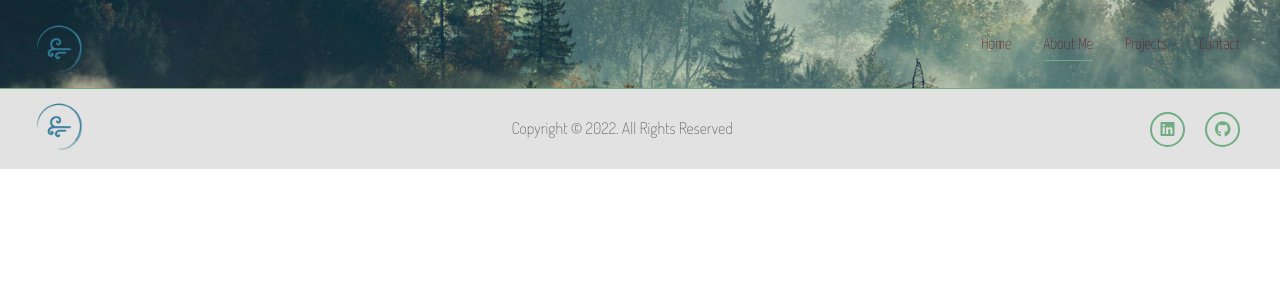
Repository: TrellixVulnTeam/pre-work_928R
Page: deploy/about.html
These files come from the project's save history. The page is drawn as it stood at one moment and after the next save; the edit follows.
The browser window is 1280 px wide. The pictures show the whole page.
Some web libraries are served in a nearby version. The style sheet was rebuilt from its Sass, Less or Tailwind sources for each picture, by a compiler version that may differ from the author's.

Above is the page before, as saved 2022-04-20 12:20:50.

### deploy/about.html
<!DOCTYPE html>
<html lang="en">
  <head>
    <meta charset="UTF-8" />
    <meta http-equiv="X-UA-Compatible" content="IE=edge" />
    <meta name="viewport" content="width=device-width, initial-scale=1.0, minimum-scale=1, maximum-scale=1" />
    <title>About Me</title>
    <link rel="stylesheet" href="css/main.css" />
    <!-- Font Awesome -->
    <script src="https://kit.fontawesome.com/5331b7bb54.js" crossorigin="anonymous"></script>

    <!--
        Free Icons:
        <a href="https://www.flaticon.com/free-icons/brain" title="brain icons">Brain icons created by Smashicons - Flaticon</a>
    -->

    <!-- Google Fonts -->
    <style>
      @import url("https://fonts.googleapis.com/css2?family=Catamaran:wght@100;200&family=Dosis:wght@200&family=Yanone+Kaffeesatz:wght@200&display=swap");
    </style>
  </head>

  <!-- Main -->
  <body>
    <header id="header-inner">
      <div class="container">
        <nav id="main-nav">
          <img src="img/logo_watermark.png" alt="logo image" id="logo" />
          <ul>
            <li><a href="index.html">Home</a></li>
            <li><a href="about.html" class="current">About Me</a></li>
            <li><a href="projects.html">Projects</a></li>
            <li><a href="contact.html">Contact</a></li>
          </ul>
        </nav>
      </div>
    </header>
    <!-- About Me -->

    <!-- Info -->

    <!-- Certifications Section TBD -->

    <!-- Footer -->
    <footer id="main-footer">
      <div class="footer-content container">
        <img src="img/logo_watermark.png" alt="logo image" id="logo" />
        <p>Copyright &copy; 2022. All Rights Reserved</p>
        <div class="social"><i class="fab fa-linkedin"></i> <i class="fab fa-github"></i></div>
      </div>
    </footer>
  </body>
</html>

### scss/main.scss
@import 'config';

// General Stylings
* {
    margin: 0;
    padding: 0;
}

body {
    line-height: 1.6;
}

a, li {
    text-decoration: none;
    color: $mainText;
    font-family: 'Yanone Kaffeesatz', sans-serif;
}

h1 {
    color: $mainText;
    font-size: xx-large;
    font-family: 'Catamaran', sans-serif;
}

h2 {
    color: $mainText;
    font-size: larger;
    font-family: 'Catamaran', sans-serif;
}

h3 {
    color: $tertiaryText;
    font-size: medium;
    font-family: 'Catamaran',
    sans-serif;
}

p {
    color: $secondaryText;
    font-size: medium;
    font-family: 'Dosis', sans-serif;
}

img {
    width: 100%;
}

// Buttons
%btn-shared {
    display: inline-block;
    padding: 0.5rem .5rem;
    transition: all 0.5s;
    border: none;
    cursor: pointer;
}

.btn {
    &-main {
        @extend %btn-shared;
        color: $mainText;
        background-color: transparent;
        border-radius: 50%;
        border: 1px $mainText solid;
    }
}

button[class^='btn-']:hover,
a[class^='btn-']:hover {
    background-color: $styleText;
}

// Responsive queries

// Mobile Devices
@media (max-width: 600px) {
    #header-home {
        height: 15rem;

        .header-content {
            padding-top: 5rem;
        }
    }
}

// Smart phones
@media (max-width: 800px) {
    #main-nav {
        flex-direction: column;
        align-items: center;

        li {
            padding: 1rem;
        }
    }

    #header {
        &-home {
            height: 10rem;
            border-bottom: 1px solid $styleText;
            background-position: 20% 30%;

            .header-content {
                display: none;
            }
        }

        &-inner {
            height: 10rem;
        }
    }

    // Stack Grid Columns
    #home-a .specials,
    .about-me, .profile,
    .fields {
        grid-template-columns: 1fr;
    }

    #home {
        &-a {
            .specials {
                border-bottom: 1px $mainText solid;

                &:last-child {
                    border: none;
                    padding-bottom: 0;
                }
            }
        }
    }

    // About

    // Footer
    #main-footer {
        height: 7rem;

        .footer-content {
            flex-direction: column;
            padding: 1rem;
            height: 5rem;
        }
    }
}

### scss/config.scss
// Variables
$website-width: 1280px;
$shading: #f5f5f5;
$backdrop: #e2e2e2;
$mainText: #71091e;
$secondaryText: #605f5e;
$tertiaryText: #227396;
$styleText: #71ad82;
$bg-image: url("../img/hero_image3.jpeg");

// Utilities
.container {
    max-width: $website-width;
    padding: 0 1.5rem;
    margin: auto;
    overflow: hidden;
}

.text-center {
    text-align: center;
}

.section-title {
    font-size: 2rem;
    display: block;
    padding-bottom: 0.5rem;
    font-weight: 100;
    text-align: center;
}

// Margins, Padding, Separators
.py {
    &-1 {
        padding: 1rem 0;
    }

    &-2 {
        padding: 2rem 0;
    }

    &-3 {
        padding: 3rem 0;
    }

    &-4 {
        padding: 4rem 0;
    }
}

.px {
    &-1 {
        padding: 0 1rem;
    }

    &-2 {
        padding: 0 2rem;
    }

    &-3 {
        padding: 0 3rem;
    }

    &-4 {
        padding: 0 4rem;
    }
}

.my {
    &-1 {
        margin: 1rem 0;
    }

    &-2 {
        margin: 2rem 0;
    }

    &-3 {
        margin: 3rem 0;
    }

    &-4 {
        margin: 4rem 0;
    }
}

.underline {
    border-bottom: 3px $styleText solid;
    width: 20rem;
}

// Header
#header {

    // Home
    &-home {
        background: $bg-image no-repeat center right / cover;
        height: 100vh;
        width: 100vw;
        color: #fff;

        // Content
        .header-content {
            text-align: center;
            padding-top: 3%;
            line-height: 1.2;
        }

    }

    // Inner Header
    &-inner {
        background: $bg-image no-repeat 40% 50% / cover;
        border-bottom: 1px $styleText solid;
        height: 5.5rem;

    }
}

// Logo
#logo {
    width: 70px;
    height: 70px;
}

// Main Nav
#main-nav {
    display: flex;
    justify-content: space-between;
    padding-top: 1rem;

    ul {
        display: flex;
    }

    li {
        list-style: none;
        padding: 1rem 1rem;
    }

    a {
        text-decoration: none;
        color: $mainText;
        font-weight: 100;
        border-bottom: 1px transparent solid;
        padding-bottom: 0.5rem;
        transition: border-color 0.5s;

        &:hover {
            border-color: $styleText;
            color: $tertiaryText;
            font-weight: 500;
            font-size: x-large;
        }

        &.current {
            border-color: $styleText;
            font-weight: 200;
        }
    }
}

// Home Section
#home {
    &-a {
        background: $shading;

        .specials {
            margin-top: 3rem;
            display: grid;
            grid-gap: 1rem;
            grid-template-columns: repeat(4, 1fr);

            .fas {
                color: $styleText;
                padding-bottom: 0.4rem;
            }
        }
    }
}

// Footer

#main-footer {
    background: $backdrop;
    color: $styleText;
    height: 5rem;

    .footer-content {
        display: flex;
        justify-content: space-between;
        height: 5rem;
        align-items: center;
        color: $styleText;

        .social .fab {
            margin-right: 1rem;
            border: 2px $styleText solid;
            border-radius: 50%;
            height: 15px;
            width: 15px;
            line-height: 15px;
            text-align: center;
            padding: 0.5rem;

            &:hover {
                background: $mainText;
            }
        }
    }
}

// About Me
.about  {

    &-me {
        margin-top: 5.5rem;
        border-radius: 5%;
        height: 10 rem;
        background: rgba(245, 242, 242, 0.2);
        box-shadow: 0 8px 32px 0 rgba(31, 38, 135, 0.37);
        backdrop-filter: blur(4.5px);
        -webkit-backdrop-filter: blur(5px);
}
    &-info {
        margin: 3rem;
        display: grid;
        align-items: center;
        grid-gap: 1rem;
        grid-template-columns: repeat(3, 1fr);
        grid-template-areas:
            'bio-image bio bio'
        ;
    }
}
.bio-image {
    grid-area: bio-image;
    height: 350px;
    width: 275px;
    border-radius: 50%;
    padding: 2rem 2rem;
}

#bio {
    grid-area: bio;
    color: $mainText;
    font-weight: 1000;
    font-size: large;
}


// Contact Form

#contact {
    &-a {
        .fields {
            padding: 0 4rem;
            display: grid;
            grid-template-areas:
                'name email'
                'subject phone'
                'message message'
            ;
            grid-gap: 1.2rem;
            margin-bottom: 1.2rem;

            // Grid Placement
            .name-input {
                grid-area: name;
            }
            .subject-input {
                grid-area: subject;
            }
            .email-input {
                grid-area: email;
            }
            .phone-input {
                grid-area: phone;
            }
            .message-input {
                grid-area: message;
                height: 100px;
            }
        }
    }

    &-b {
        background: $shading;

        .contact-info {
            display: grid;
            grid-template-columns: repeat(3, 1fr);
            text-align: center;
        }
    }
}

After the next save:
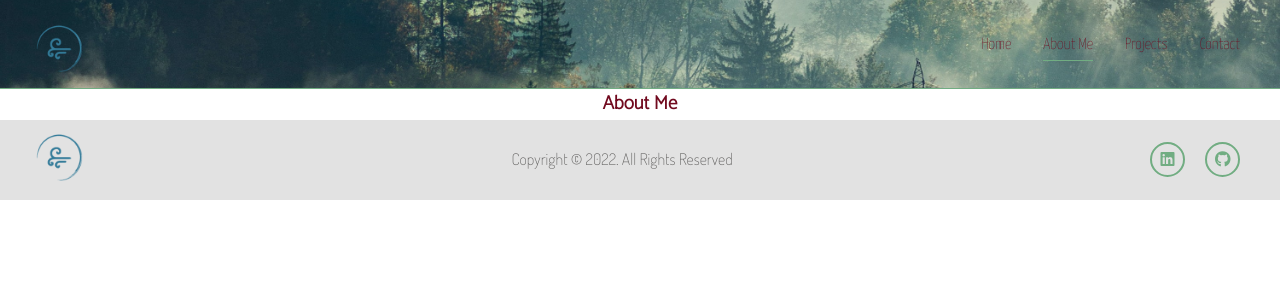
Saved 60 min 51 s later.
--- a/deploy/about.html
+++ b/deploy/about.html
@@ -36,8 +36,12 @@
       </div>
     </header>
     <!-- About Me -->
-
-    <!-- Info -->
+    <section id="about-a" class="text-center py3">
+      <div class="container">
+        <h2>About Me</h2>
+        <div class="bottom-line"></div>
+      </div>
+    </section>
 
     <!-- Certifications Section TBD -->
 
